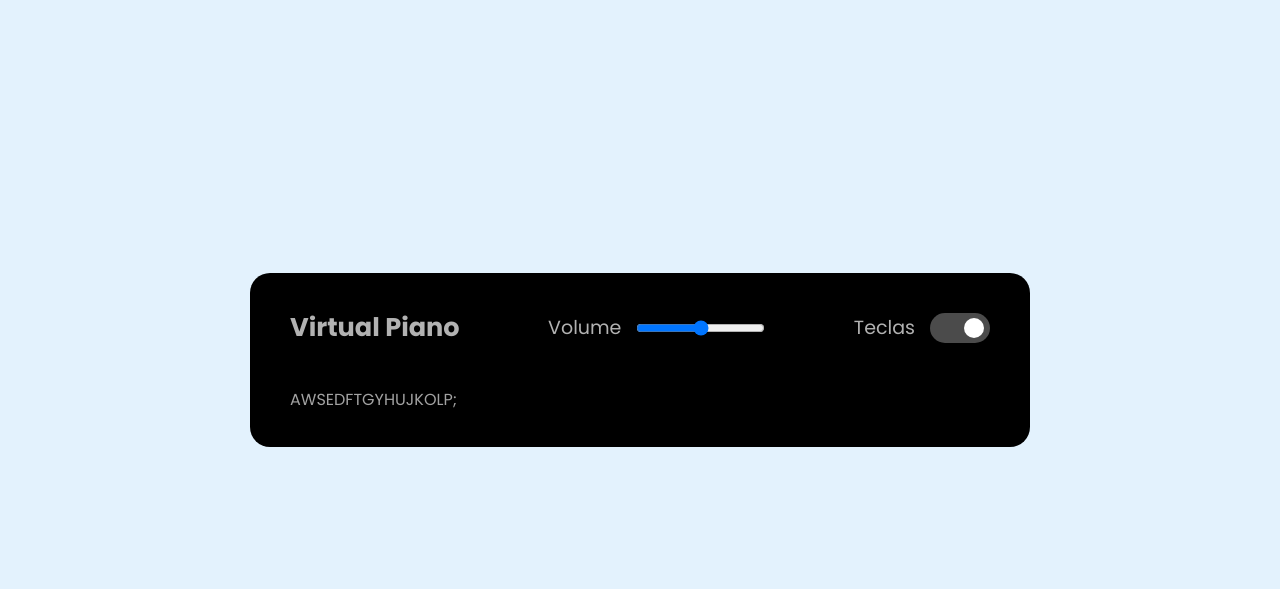
Repository: gustavotwist/simulador-piano
Page: index.html
The author's editor kept a copy of each file at every save. The page is drawn from the files as they stood at one save, then again after a run of saves.
The browser window is 1280 px wide. The pictures show the whole page.

Above is the page before, as saved 2024-11-30 17:48:21.

### index.html
<!DOCTYPE html>
<html lang="pt-br">
<head>
    <meta charset="UTF-8">
    <meta name="viewport" content="width=device-width, initial-scale=1.0">
    <title>Piano Simulator</title>

    <!-- styles -->
    <link rel="stylesheet" href="./src/styles/reset.css">
    <link rel="stylesheet" href="./src/styles/main.css">

    <!-- fonts -->
    <link rel="preconnect" href="https://fonts.googleapis.com">
    <link rel="preconnect" href="https://fonts.gstatic.com" crossorigin>
    <link href="https://fonts.googleapis.com/css2?family=Poppins:ital,wght@0,100;0,200;0,400;0,700;1,100;1,200;1,300;1,400&display=swap" rel="stylesheet">
</head>

<body>
    <div class="container">
        <header>
            <h2>Virtual Piano</h2>
            <div class="column volume-slider">
                <span>Volume</span> <input type="range">
            </div>
            <div class="column keys-check">
                <span>Teclas</span> <input type="checkbox" checked>
            </div>
        </header>
        <ul class="piano-keys">
            <li class="key"><span>a</span></li>
            <li class="key"><span>w</span></li>
            <li class="key white"><span>s</span></li>
            <li class="key black"><span>e</span></li>
            <li class="key white"><span>d</span></li>
            <li class="key black"><span>f</span></li>
            <li class="key white"><span>t</span></li>
            <li class="key black"><span>g</span></li>
            <li class="key white"><span>y</span></li>
            <li class="key black"><span>h</span></li>
            <li class="key white"><span>u</span></li>
            <li class="key black"><span>j</span></li>
            <li class="key white"><span>k</span></li>
            <li class="key black"><span>o</span></li>
            <li class="key white"><span>l</span></li>
            <li class="key black"><span>p</span></li>
            <li class="key white"><span>;</span></li>
        </ul>

    </div>

    <script src="./src/scripts/engine.js"></script>
</body>
</html>

### src/styles/reset.css
* {
    margin: 0;
    padding: 0;
    box-sizing: border-box;
    outline: none;
    font-family: "Poppins", sans-serif;
}

### src/styles/main.css
body {
    display: flex;
    align-items: center;
    justify-content: center;
    min-height: 100vh;
    background-color: #e3f2fd;
    color: #fff;
}

.container {
    width: 780px;
    border-radius: 20px;
    padding: 35px 40px;
    background-color: black;
}

.container header {
    color: #b2b2b2;
    display: flex;
    align-items: center;
    justify-content: space-between;
}

header h2 {
    font-size: 1.6rem;
}

header .column {
    display: flex;
    align-items: center;
}

header .column span {
    font-weight: 500;
    margin-right: 15px;
    font-size: 1.19rem;
}

.Volume-slider input {
    accent-color: #fff;
}

.keys-check input {
    width: 60px;
    height: 30px;
    appearance: none;
    border-radius: 30px;
    background-color: #4b4b4b;
    cursor: pointer;
    position: relative;
}

.keys-check input::before {
    content: "";
    height: 20px;
    width: 20px;
    background-color: #8c8c8c;
    top: 50%;
    left: 0.3rem;
    border-radius: inherit;
    position: absolute;
    transform: translateY(-50%);
    transition: all 0.3s ease;
}

.keys-check input:checked::before {
    left: 2.1rem;
    background-color:#fff;
}

.piano-keys {
    display: flex;
    margin-top: 40px;
}

.piano-keys .key {
    cursor: pointer;
    user-select: none;
    list-style: none;
    color: #a2a2a2;
    position: relative;
    text-transform: uppercase;
}

Loaded but not shown: src/scripts/engine.js (no copy from this time; the picture is the same without it)

After the next 24 saves:
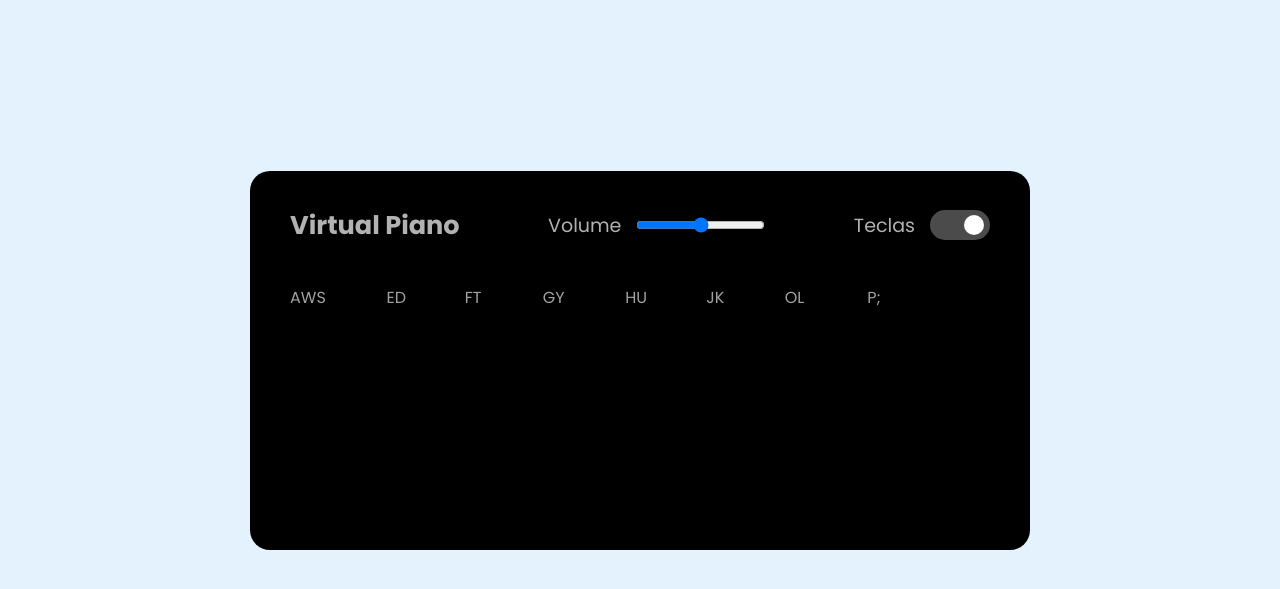
The 24 saves are shown as one change because they came seconds apart.
The last was saved 75 s later.
--- a/src/styles/main.css
+++ b/src/styles/main.css
@@ -81,3 +81,9 @@ header .column span {
     position: relative;
     text-transform: uppercase;
 }
+
+.piano-keys .white {
+    width: 70px;
+    height: 230px;
+    border: ;
+}
